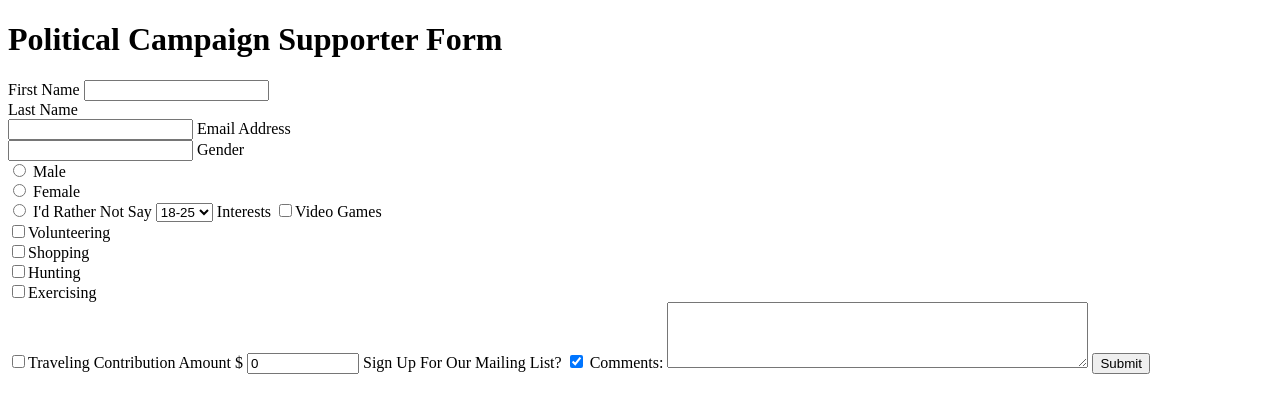
Repository: ryanaanderson0/COSW30
Page: Homework/Homework2/contact.html
The author's editor kept a record of every edit. The page is drawn from the files as they stood at one moment, then again after the next edit.
The browser window is 1280 px wide. The pictures show the whole page.

Above is the page before.

After the next edit:
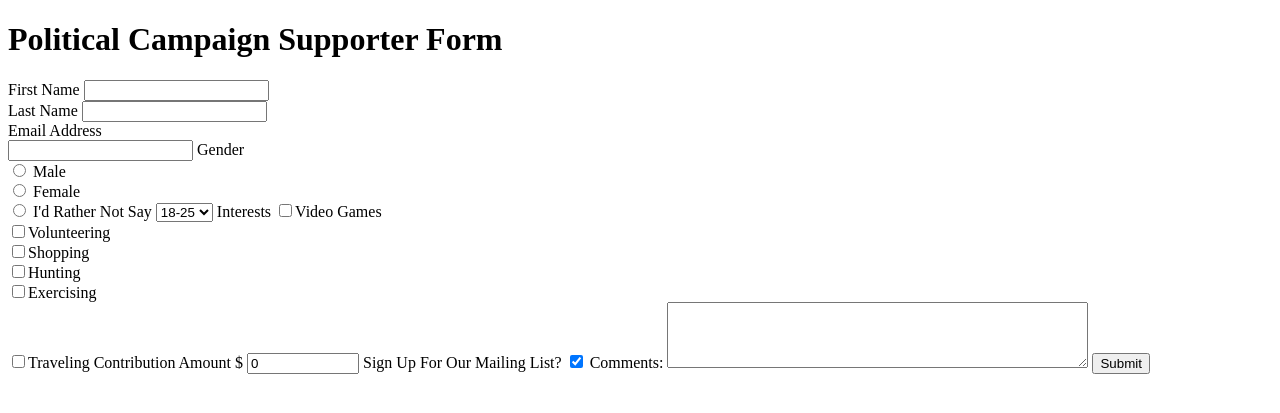
The edit:
--- a/Homework/Homework2/contact.html
+++ b/Homework/Homework2/contact.html
@@ -12,8 +12,8 @@
         <label>First Name</label>
         <input type="text" id="first_name" name="first_name" required><br>
 
-        <label>Last Name</label> <br>
-        <input type="text" id="last_name" name="last_name" required>
+        <label>Last Name</label>
+        <input type="text" id="last_name" name="last_name" required> <br>
 
         <label>Email Address</label> <br>
         <input type="email" id="email" name="email" required>
